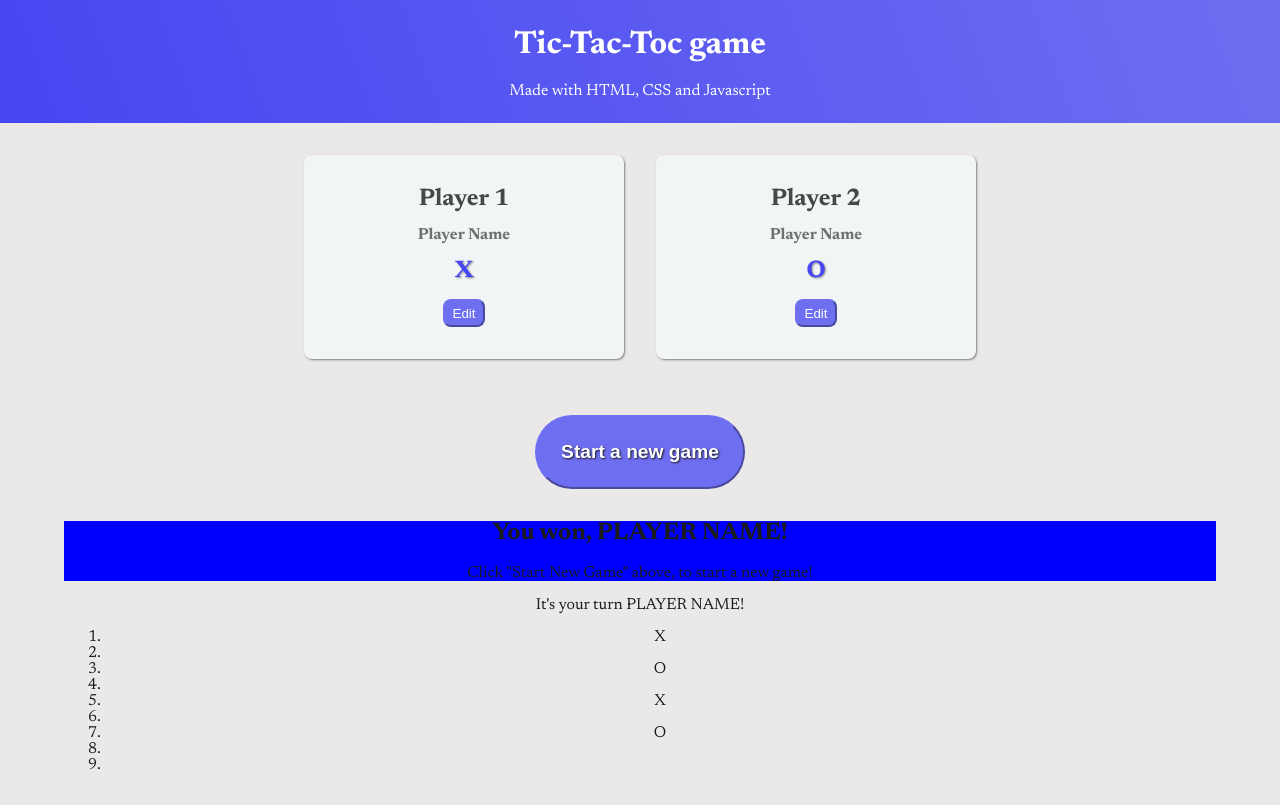
Repository: MicTomm/Tic-tac-toe-game
Page: index.html
These files come from the project's save history. The page is drawn as it stood at one moment and after the next save; the edit follows.
The browser window is 1280 px wide. The pictures show the whole page.

Above is the page before, as saved 2023-06-23 17:40:17.
Not found: js-code

### index.html
<!DOCTYPE html>
<html lang="en">

<head>
    <meta charset="UTF-8">
    <meta name="viewport" content="width=device-width, initial-scale=1.0">
    <title>Tic-Tac-Toe</title>
    <link rel="preconnect" href="https://fonts.googleapis.com">
    <link rel="preconnect" href="https://fonts.gstatic.com" crossorigin>
    <link href="https://fonts.googleapis.com/css2?family=Newsreader:wght@400;700&display=swap" rel="stylesheet">
    <link href="/styles/styles.css" rel="stylesheet">
    <link href="/styles/overlay.css" rel="stylesheet">
    <link href="/styles/game-configuration.css" rel="stylesheet">
    <link href="/styles/game-execution.css" rel="stylesheet">
    <script src="js-code" defer></script>
</head>

<body>
    <div class="back-drop" id="back-drop"></div>
    <header id="main-header">
        <h1>Tic-Tac-Toc game</h1>
        <p>Made with HTML, CSS and Javascript</p>
    </header>
    <main>
        <aside id="aside-container">
            <header id="id=" aside-header>
                <h2>Chose your name</h2>
            </header>
            <form>
                <div id="aside-input-container">
                    <label for="choosing-player-name">Player name</label>
                    <input type="text" id="choosing-player-name">
                </div>
                <div id="aside-buttons-container">
                    <button type="button" class="btn alternative-btn" id="cancel-btn">
                        <a href="/">Cancel</a>
                    </button>
                    <button type="submit" class="btn">Confirm</button>
                </div>
            </form>
        </aside>
        <section id="game-configuration">
            <div id="game-configuration-container">
                <article>
                    <div id="player1-container">
                        <h2>Player 1</h2>
                        <p>Player Name</p>
                        <p class="symbol">X</p>
                        <button id="edit-p1-btn" class="btn">Edit</button>
                    </div>
                </article>
                <article>
                    <div id="player2-container">
                        <h2>Player 2</h2>
                        <p>Player Name</p>
                        <p class="symbol">O</p>
                        <button id="edit-p2-btn" class="btn">
                            <a href="#aside-container">Edit</a>
                        </button>
                    </div>
                </article>
            </div>
            <div id="start-game-container">
                <button type="button" id="start-game-btn" class="btn">Start a new game</button>
            </div>
        </section>
        <section id="game-execution">
            <article id="game-over">
                <h2>You won, <span id="winner-name">PLAYER NAME</span>!</h2>
                <p>Click "Start New Game" above, to start a new game!</p>
            </article>

            <p>It's your turn <span id="active-player-name">PLAYER NAME</span>!</p>
            <ol id="game-board">
                <li class="disabled">X</li>
                <li></li>
                <li class="disabled">O</li>

                <li></li>
                <li class="disabled">X</li>
                <li></li>

                <li class="disabled">O</li>
                <li></li>
                <li></li>
            </ol>
        </section>
        </section>
    </main>

</body>

</html>

### styles/styles.css
body{
    margin: 0;
    background-color: rgb(235, 232, 232);
    font-family: 'Newsreader', serif;
    color: rgb(27, 27, 27);
}

a{
    text-decoration: none;
    color: white;
}

#cancel-btn a{
    color: rgb(27, 27, 27);
}

#main-header{
    background: linear-gradient(70deg, rgb(70, 70, 242), rgb(110, 110, 241));
    color: white;
    padding: 0.5rem 5%;
    text-align: center;
}

.btn{
    background-color: rgb(110, 110, 241);
    border-color: rgb(110, 112, 241);
    color: white;
    border-radius: 8px;
    padding: 0.3rem 0.5rem;
}

.alternative-btn{
    background-color: rgb(223, 223, 239);
    border-color: transparent;
    color: rgb(27, 27, 27);
    margin: 0.5rem;
}

.btn:hover{
    background-color:  rgb(127, 127, 233);
    box-shadow: 1px 1px 2px rgb(27, 27, 27);
}

.alternative-btn:hover{
    background-color: rgb(210, 210, 235);
    border-color: rgb(205, 205, 233);
}

aside h2,
aside label{
    color: rgb(110, 110, 241);
    text-shadow: .5px .5px 1px rgb(27, 27, 27, 0.5);
}

form label{
    display: block;
    margin-bottom: .5rem;
}

form input{
    padding: .3rem;
    border-color: transparent;
    border-radius: 8px;
    font-family: inherit;
}

form input:hover,
form input:focus {
    outline: rgb(110, 110, 241) auto 1px;
}

form #aside-buttons-container{
    display: flex;
    flex-flow: row;
    justify-content: center;
    align-items: center;
    margin: .5rem;
}

### styles/overlay.css
#aside-container {
    text-align: center;
    background-color: rgb(241, 245, 245);
    width: 90%;
    margin: 0rem auto;
    border-radius: .6rem;
    padding: .5rem 0rem;
    display: none;
    position: fixed;
    top: 25%;
    left: 5%;
}

#aside-container:target,
#back-drop:target {
    display: block;
}

.back-drop {
    background-color: rgb(168, 157, 157, 0.5);
    width: 100%;
    height: 100%;
    position: fixed;
    display: none;
}

aside h2,
aside label {
    color: rgb(110, 110, 241);
    text-shadow: .5px .5px 1px rgb(27, 27, 27, 0.5);
}

form label {
    display: block;
    margin-bottom: .5rem;
}

form input {
    padding: .3rem;
    border-color: transparent;
    border-radius: 8px;
    font-family: inherit;
    font-weight: 700;
    color: rgb(27, 27, 27, 0.7);
    text-align: center;
}

form input:hover,
form input:focus {
    outline: rgb(110, 110, 241) auto 1px;
}

form #aside-buttons-container {
    display: flex;
    flex-flow: row;
    justify-content: center;
    align-items: center;
    margin: .5rem;
}

@media (min-width: 48rem) {

    #aside-container {
        position: fixed;
        top: 25%;
        left: calc(50% - 20rem);
        width: 40rem;
    }

}

### styles/game-configuration.css
#game-configuration{
    display: flex;
    flex-flow: column;
    align-items: center;
    margin: 2rem auto;
    width: 90%;
}

#game-configuration-container{
    display: flex;
    flex-flow: row;
    justify-content: center;
    align-items: center;
    margin-bottom: 3.5rem;
}

#player1-container,
#player2-container{
    background-color: rgb(241, 245, 245);
    margin: 0rem 1rem;
    padding: 2rem 0rem;
    display: flex;
    flex-flow: column;
    justify-content: center;
    align-items: center;
    width: 20rem;
    border-radius: 8px;
    box-shadow: 1px 1px 2px rgb(27, 27, 27, 0.5);
}

#game-configuration h2{
    margin: 0rem;
    color: rgb(27, 27, 27, 0.8);
}

#game-configuration p{
    color: rgb(27, 27, 27, 0.6);
    font-weight: bold;
}

#game-configuration .symbol{
    margin: 0rem 0rem 1rem 0rem;
    font-weight: 700;
    font-size: 1.5rem;
    color: rgb(70, 70, 242);
    text-shadow: 1px 1px 2px rgb(27, 27, 27, 0.5);
}

#start-game-container{
    display: block;

}

#start-game-btn{
    padding: 1.5rem;
    border-radius: 20rem;
    font-size: 1.2rem;
    font-weight: 700;
    text-shadow: 1px 1px 2px rgb(27, 27, 27);
}

#start-game-btn:hover{
    background: linear-gradient(70deg, rgb(152, 228, 40), rgb(70, 70, 242));
}

### styles/game-execution.css
#game-execution{
    width: 90%;
    margin: 2rem auto;
    text-align: center;
    /* display: none; */
}

#game-over{
    background-color: blue;
}

After the next save:
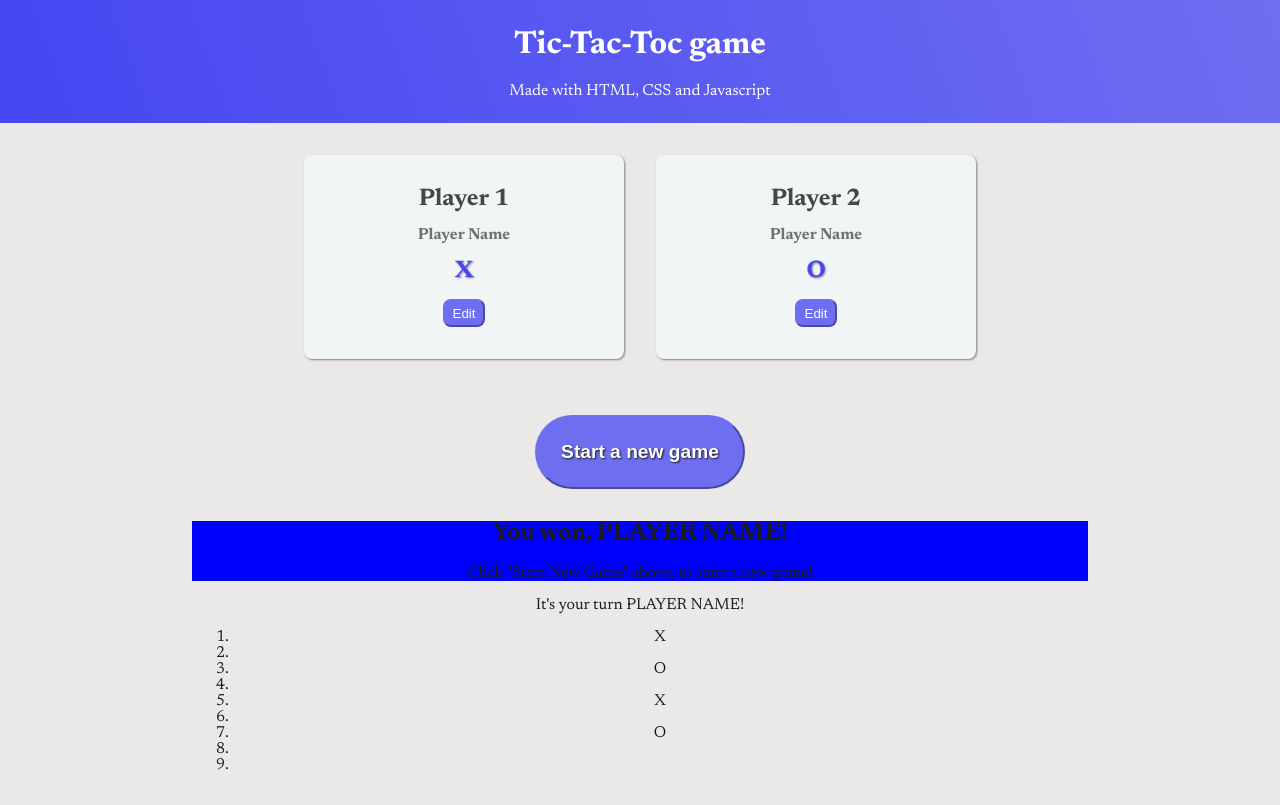
Saved 84 s later.
--- a/styles/game-execution.css
+++ b/styles/game-execution.css
@@ -1,5 +1,5 @@
 #game-execution{
-    width: 90%;
+    width: 70%;
     margin: 2rem auto;
     text-align: center;
     /* display: none; */

After the save that followed:
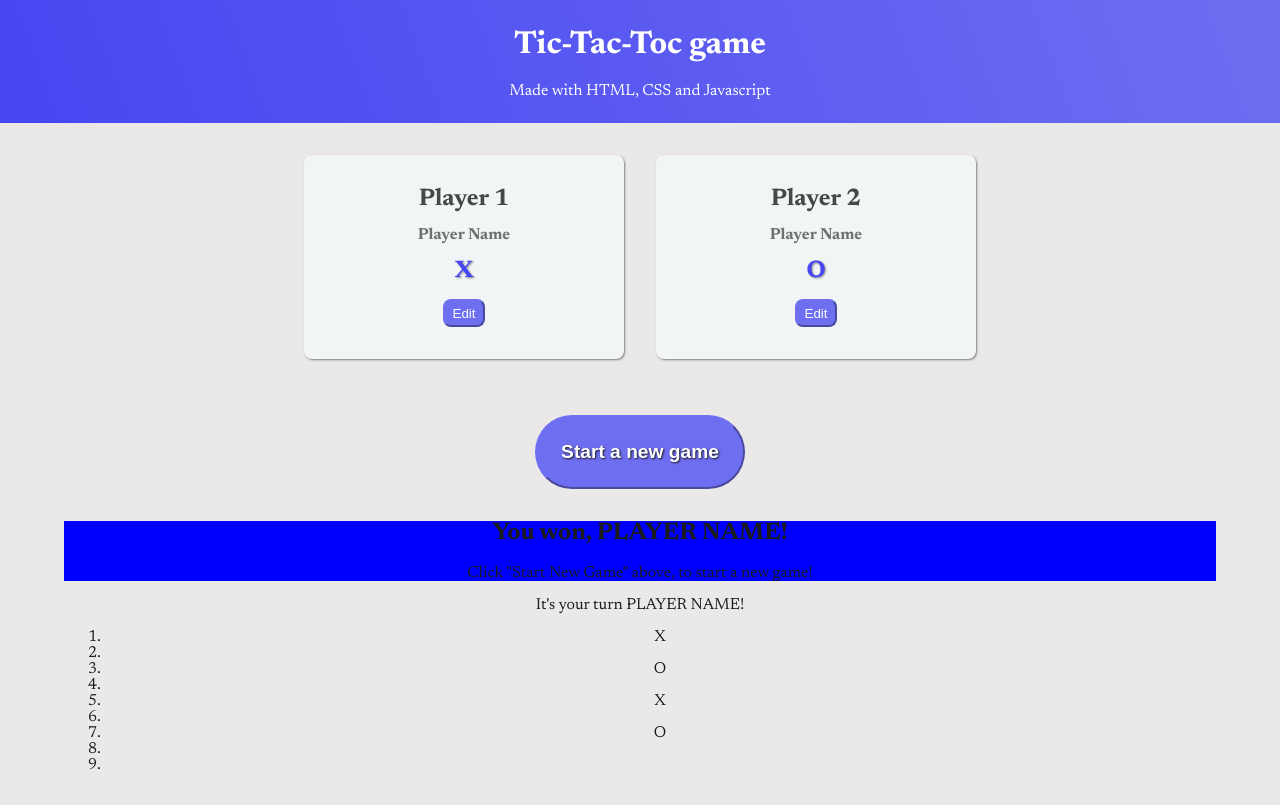
Saved 28 s later.
--- a/styles/game-execution.css
+++ b/styles/game-execution.css
@@ -1,10 +1,11 @@
 #game-execution{
-    width: 70%;
+    width: 90%;
     margin: 2rem auto;
     text-align: center;
     /* display: none; */
 }
 
 #game-over{
+    margin: auto;
     background-color: blue;
 }
